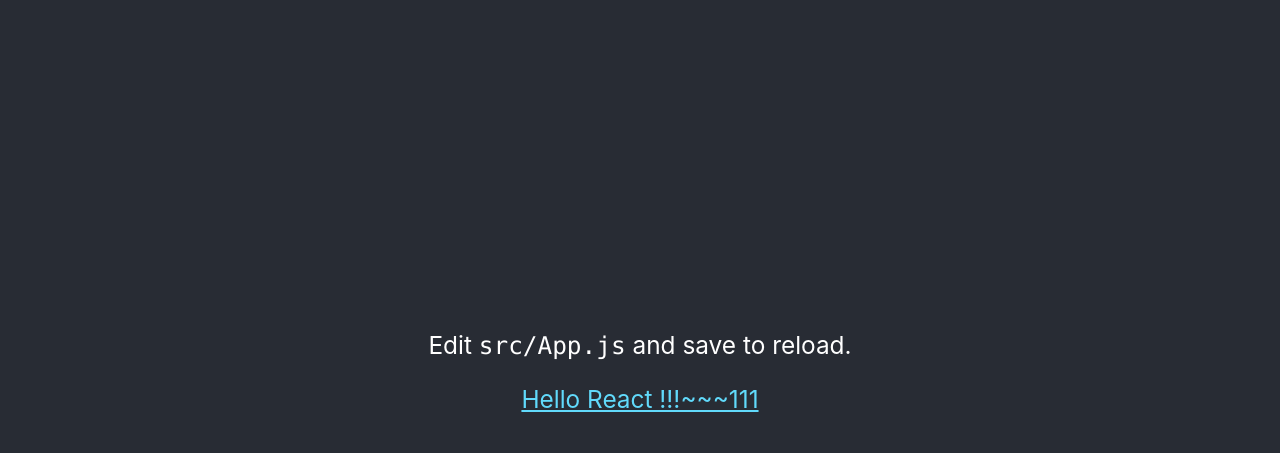
Repository: WidthYou/testDocker
Page: /
The author's editor kept a copy of each file at every save. The page is drawn from the files as they stood at one save, then again after the next save.
The browser window is 1280 px wide. The pictures show the whole page.
The project was rebuilt for these pictures with package versions that can differ from the ones it lists, and the page was loaded fresh each time.

Above is the page before, as saved 2021-04-26 21:11:29.

After the next save:
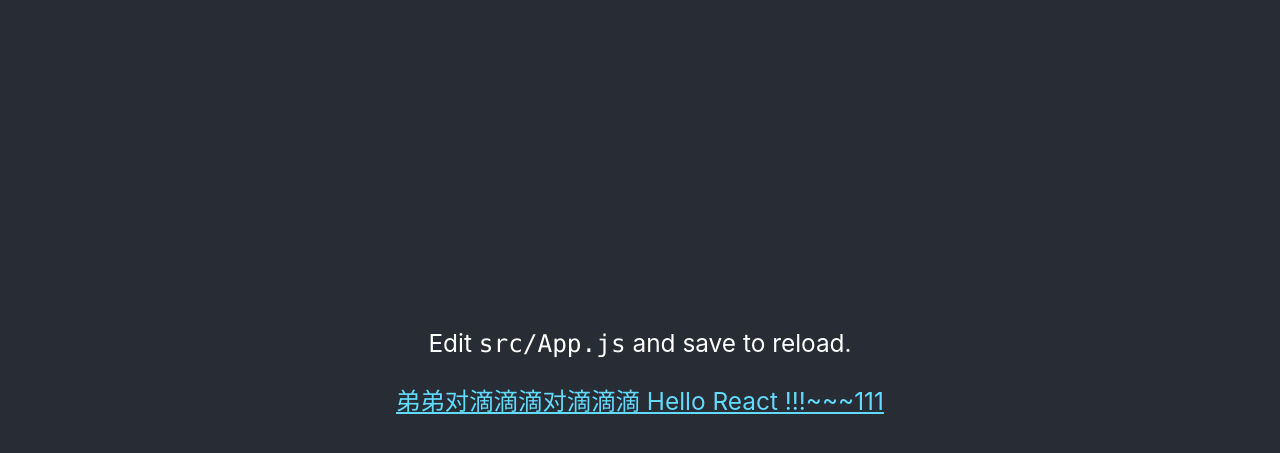
Saved 6 min 10 s later.
--- a/src/App.js
+++ b/src/App.js
@@ -15,6 +15,7 @@
           target="_blank"
           rel="noopener noreferrer"
         >
+          弟弟对滴滴滴对滴滴滴
           Hello React !!!~~~111
         </a>
       </header>
